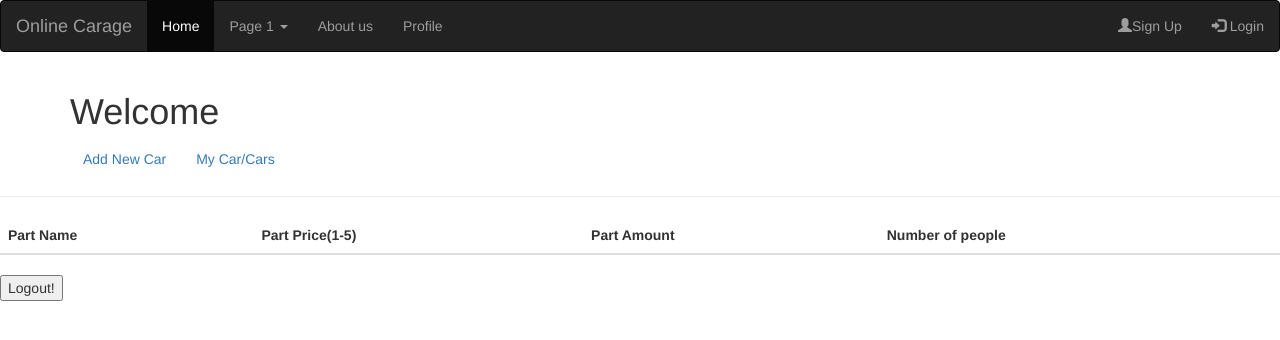
Repository: Ahmad-hamdan98/Java_Project
Page: http://localhost/javaproject/WIB-INF/ShowAll.jsp
The author's editor kept a copy of each file at every save. The page is drawn from the files as they stood at one save, then again after the next save.
The browser window is 1280 px wide. The pictures show the whole page.
The page is served by Tomcat 9. Other server files are loaded and not shown. The template is opened directly, without the code that normally fills it, so the values that code supplies are empty.

Above is the page before, as saved 2022-11-21 16:38:07.

### atfirst/javaproject/src/main/webapp/WIB-INF/ShowAll.jsp
<%@ page language="java" contentType="text/html; charset=UTF-8" pageEncoding="UTF-8"%>
<!-- c:out ; c:forEach etc. -->
  <%@taglib uri="http://java.sun.com/jsp/jstl/core" prefix="c"%>
 <!-- Formatting (dates) -->
<%@taglib uri="http://java.sun.com/jsp/jstl/fmt" prefix="fmt"%>
<!-- form:form -->
<%@ taglib prefix="form" uri="http://www.springframework.org/tags/form"%>
<!-- for rendering errors on PUT routes -->
<%@ page isErrorPage="true" %>

  <!DOCTYPE html>
<html>

<head>

  <title>Bootstrap Case</title>
  <meta charset="utf-8 ">
  <meta name="viewport" content="width=device-width, initial-scale=1">
  <link rel="stylesheet" href="https://maxcdn.bootstrapcdn.com/bootstrap/3.3.6/css/bootstrap.min.css">

</head>
<body>

<nav class="navbar navbar-inverse">
  <div class="container-fluid">
    <div class="navbar-header">
      <a class="navbar-brand" href="#">Online Carage</a>
    </div>
    <ul class="nav navbar-nav">
      <li class="active"><a href="#">Home</a></li>
      <li class="dropdown"><a class="dropdown-toggle" data-toggle="dropdown" href="#">Page 1 <span class="caret"></span></a>
        <ul class="dropdown-menu">
          <li><a href="#">Page 1-1</a></li>
          <li><a href="#">Page 1-2</a></li>
          <li><a href="#">Page 1-3</a></li>
        </ul>
      </li>

      <li><a href="/about">About us</a></li>
      <li><a href="#">Profile</a></li>
    </ul>
    <ul class="nav navbar-nav navbar-right">
   <c:choose>
    	<c:when test="${user.id!=Null}">
    	<li><a href="/logout"><span class="glyphicon glyphicon-user"></span>Logout</a></li>
    	 </c:when>
    	 <c:otherwise>

      <li><a href="/login"><span class="glyphicon glyphicon-user"></span>Sign Up</a></li>
      <li><a href="/login"><span class="glyphicon glyphicon-log-in"></span> Login</a></li>
   </c:otherwise>
    	</c:choose>
    </ul>
  </div>
</nav>

<div class="container">

	<h1>Welcome ${user.firstName}</h1>
  <a href="/addcar" class="btn btn-secondary">Add New Car</a>
  <a href="/showcar" class="btn btn-secondary"> My Car/Cars</a>


<%--    </C:CHOOSE>
      <C:CHOOSE>
    	<C:WHEN TEST="${USER.EMAIL EQ('CAR@ADMIN.COM')}">
    	<P> <A HREF="/SHOWORDERS" CLASS="BTN BTN-SECONDARY">SHOW ORDERS</A>
  		<A HREF="/ADDPART" CLASS="BTN BTN-SECONDARY">ADD NEW PARTS</A></P>
   </C:WHEN>
  </C:CHOOSE>   --%>

</div>
<script src="https://ajax.googleapis.com/ajax/libs/jquery/1.12.0/jquery.min.js"></script>
<script src="https://maxcdn.bootstrapcdn.com/bootstrap/3.3.6/js/bootstrap.min.js"></script>


<hr>



<table class="table table-striped">
    <thead>

        <tr>
            <th>Part Name</th>
            <th>Part Price(1-5)</th>

            <th>Part Amount</th>
            <th>Number of people</th>
        </tr>
        </thead>


      <tbody>

       <c:forEach var="part" items="${allparts}">
<tr>

<td>${part.partName}<td>
<td>${part.price}<td>
<td>${part.amount}<td>



</tr>

<hr>
</c:forEach>
    </tbody>
</table>

<form id="logoutForm" method="POST" action="/logout">
<input type="hidden" name="${_csrf.parameterName}" value="${_csrf.token}"/>
<input type="submit" value="Logout!" />
</form>
</body>
</html>

After the next save:
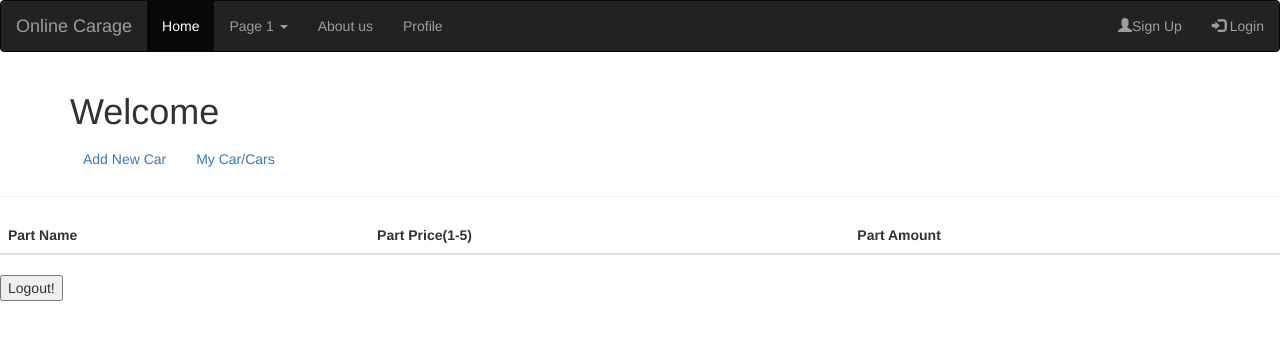
Saved 30 s later.
--- a/atfirst/javaproject/src/main/webapp/WIB-INF/ShowAll.jsp
+++ b/atfirst/javaproject/src/main/webapp/WIB-INF/ShowAll.jsp
@@ -86,7 +86,7 @@
             <th>Part Price(1-5)</th>
 
             <th>Part Amount</th>
-            <th>Number of people</th>
+
         </tr>
         </thead>
 
